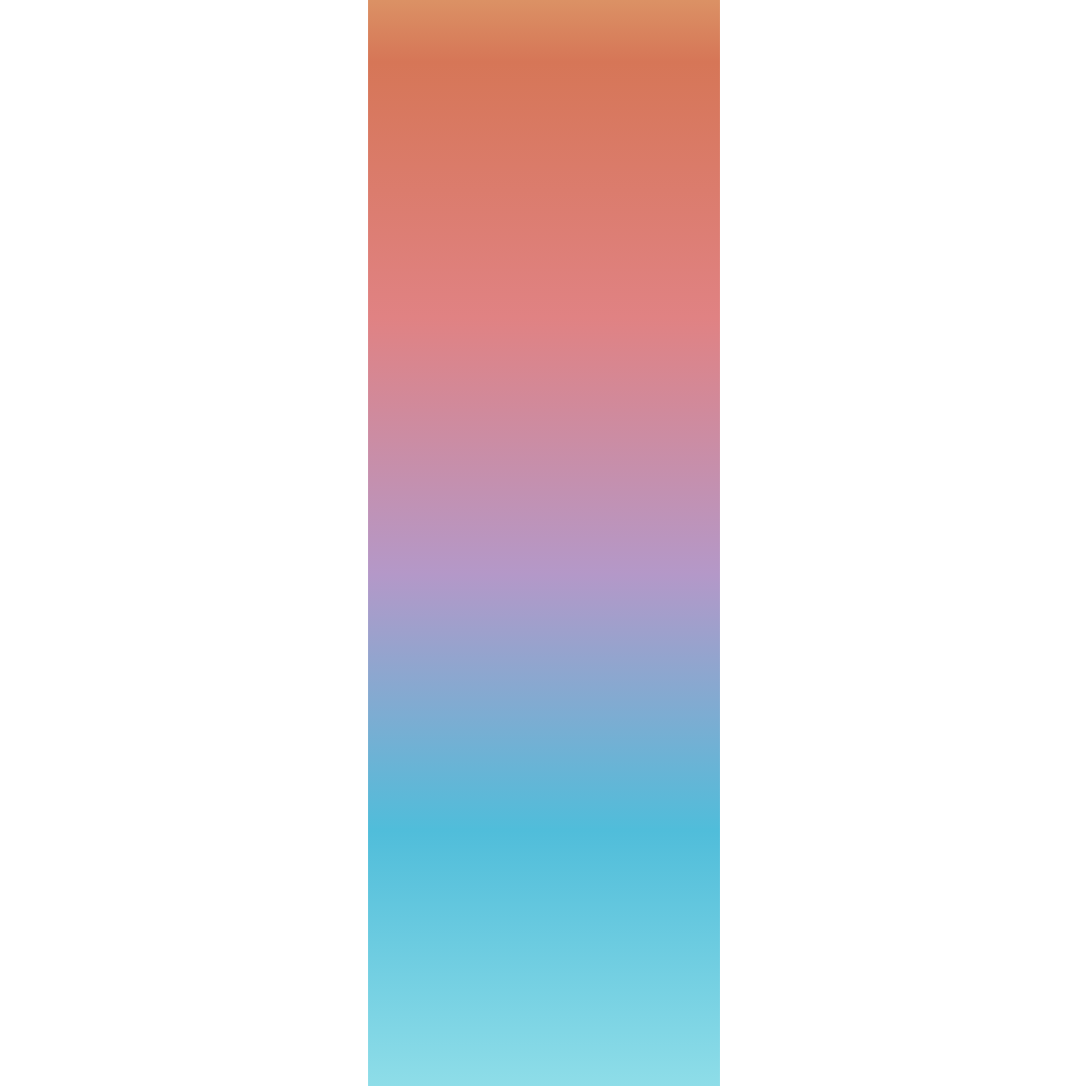
Repository: zoelake/DCDmidterm
Page: workflow.html
The author's editor kept a copy of each file at every save. The page is drawn from the files as they stood at one save, then again after the next save.
The browser window is 1280 px wide. The pictures show the whole page, at 85% of full size.

Above is the page before, as saved 2021-03-05 16:50:33.
Console error: TypeError: Cannot read properties of null (reading 'innerHTML')

### workflow.html
<!DOCTYPE html>
<html lang="en">

<head>
    <meta charset="UTF-8">
    <meta http-equiv="X-UA-Compatible" content="IE=edge">
    <meta name="viewport" content="width=device-width, initial-scale=1.0">
    <title>Midterm project</title>
    <link rel="stylesheet" type="text/css" href="workflow.css">
    <link rel="preconnect" href="https://fonts.gstatic.com">
    <link href="https://fonts.googleapis.com/css2?family=Montserrat:wght@300&display=swap" rel="stylesheet">
</head>

<body>

    <div id="main"></div>
    <div class="facts"></div>
    <div id="wrap"></div>

    <script src="./comps/swipe/index.js"></script>
    <script src="./comps/wrap/index.js"></script>
    <script src="./comps/facts/index.js"></script>
    <script src="./workflow.js"></script>
</body>

</html>

### workflow.css
html, body {
  margin:0;
  /* overflow-y: hidden; */
}

body {
  display: flex;
  justify-content: center;
  align-items: center;
}

#main{
  position: absolute;
  margin-top: 50px;
  margin-bottom: 5px;
  z-index: -1;
  width: 414px;
  height: 2411px;
  align-self: center;
  background-image: linear-gradient(#57A0D6, #367A17, #DAE9B0, #EBE790, #D67657, #E08283, #B498C8, #50BDDA, #8EDDE8);
}

.facts {
  display: flex;
  align-items: center;
  justify-content: center;
  margin: 50px;
}

#wrap {
  margin-bottom: 30px;
}

### comps/facts/index.js
function FactsUI(width ="332", height="269", fact="fact") {
  return `
    <div style="
      width: ${width}px;
      height: ${height}px;
      background-color: #E5E5E5;
      text-align: center;
      padding: 30px;
      border: 2px solid white;
      border-radius: 20px;
      box-shadow: 0px 4px 4px rgba(0, 0, 0, 0.25);
      font-size: 20px;
      font-weight: bold;
      transition: font-size 1s;
    "
    onmouseover='FactsUI.HandleMouseIn(this)'
    onmouseout='FactsUI.HandleMouseOut(this)'
    >
      <p>
      ${fact}</p>
    </div>
  `
}

FactsUI.HandleMouseIn = (el) => {
  el.style.color = "purple"
  el.style.fontSize = "25px"
}

FactsUI.HandleMouseOut = (el) => {
  el.style.color = "black"
  el.style.fontSize = "20px"
}

// export const FactsInfo = FactsUI();

### workflow.js
document.querySelector("#swipe").innerHTML += SwipeUI();
document.querySelector("#wrap").innerHTML += WrapUI();
document.querySelector(".facts").innerHTML += FactsUI(200,200);

Loaded but not shown: comps/swipe/index.js (no copy from this time; the picture is the same without it); comps/wrap/index.js (no copy from this time; the picture is the same without it)

After the next save:
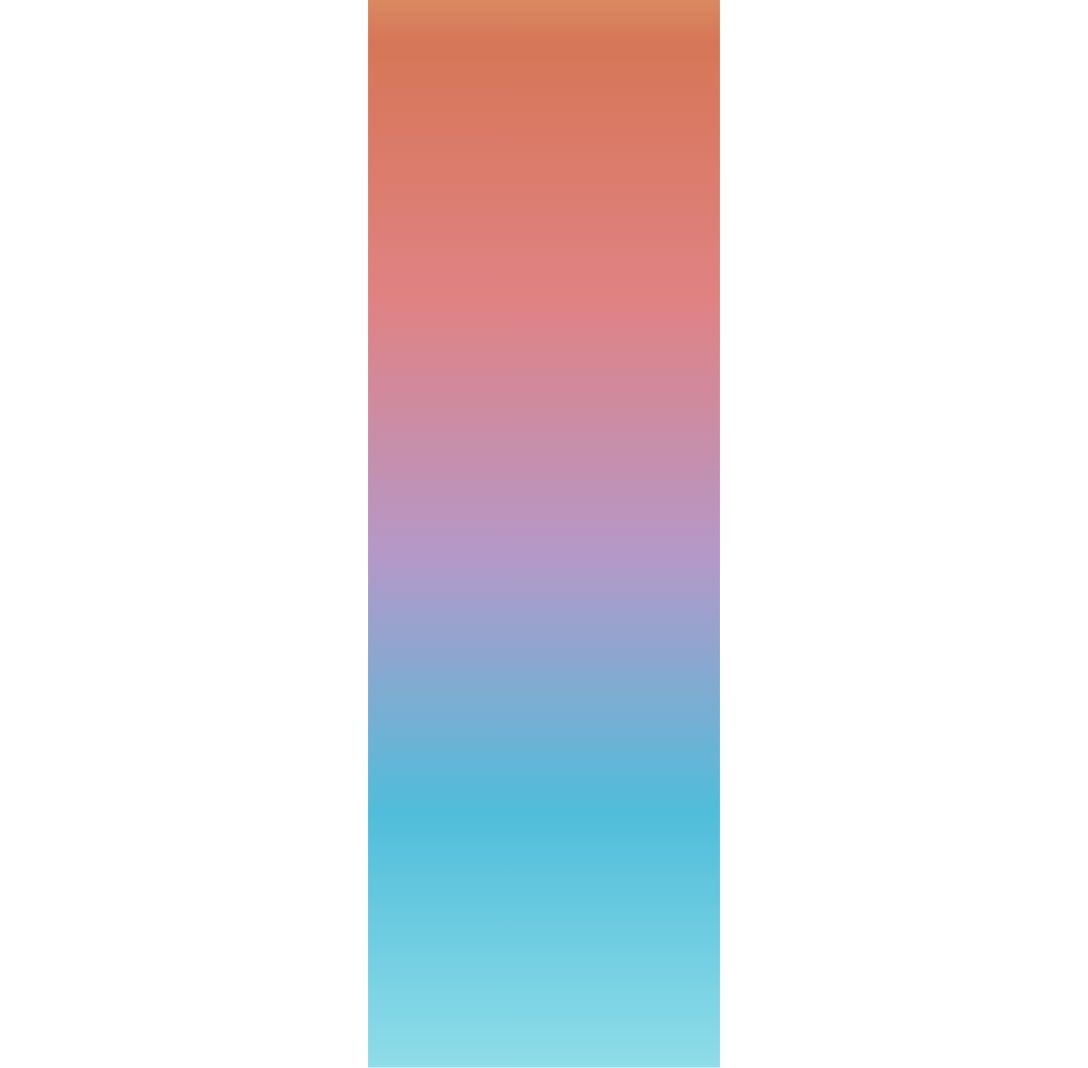
Saved 10 s later.
--- a/workflow.css
+++ b/workflow.css
@@ -11,8 +11,6 @@
 
 #main{
   position: absolute;
-  margin-top: 50px;
-  margin-bottom: 5px;
   z-index: -1;
   width: 414px;
   height: 2411px;
